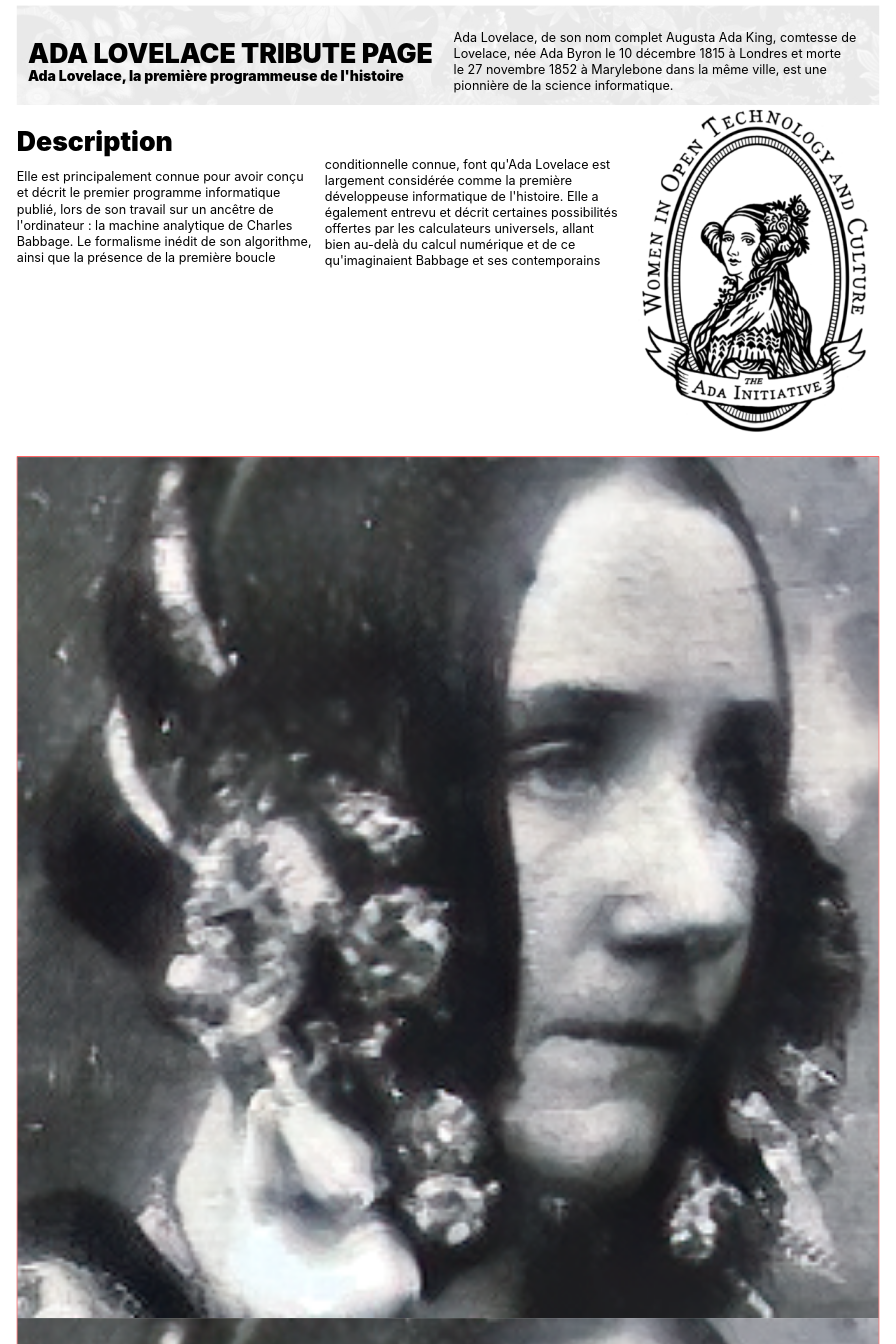
Repository: b3no1t/integration-training
Page: onepage-adalovelace/src/index.html
An editor plug-in stored every save of this project. The page is shown before and after the next save, followed by the edit.
The browser window is 1280 px wide. The pictures show the part of the page from y = 0 to 1920 px (the page is 5716 px tall before and 5748 px after), at 70% of full size.

Above is the page before, as saved 2025-01-30 09:28:14.

After the next save:
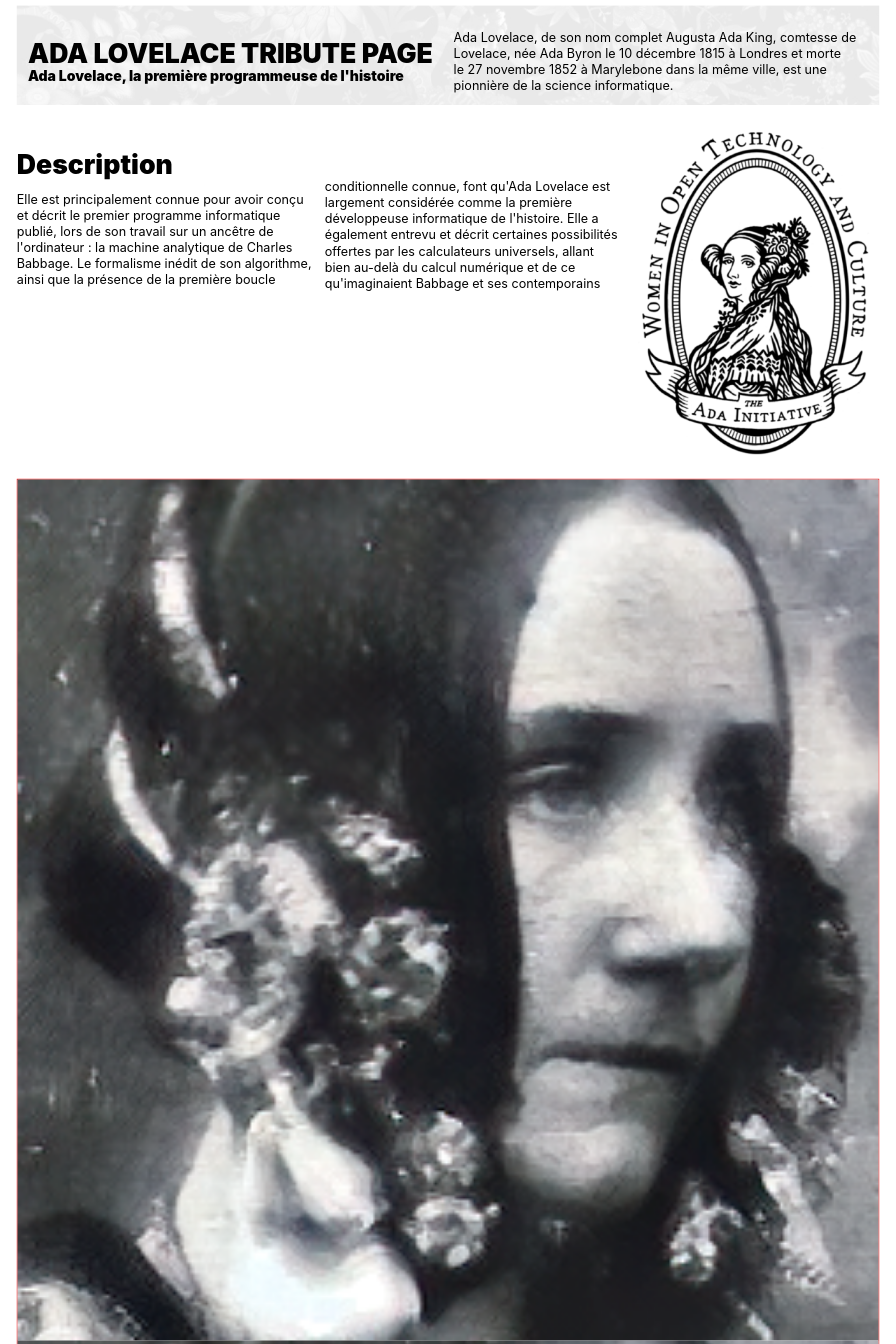
Saved 53 s later.
--- a/onepage-adalovelace/src/assets/css/_section.css
+++ b/onepage-adalovelace/src/assets/css/_section.css
@@ -45,8 +45,11 @@
   flex-direction: column;
   justify-content: space-between;
   gap: 1em;
+
   @media (min-width: 640px) {
     flex-direction: row;
+  margin-top: 2em;
+
   }
   & img {
     width: 50%;
